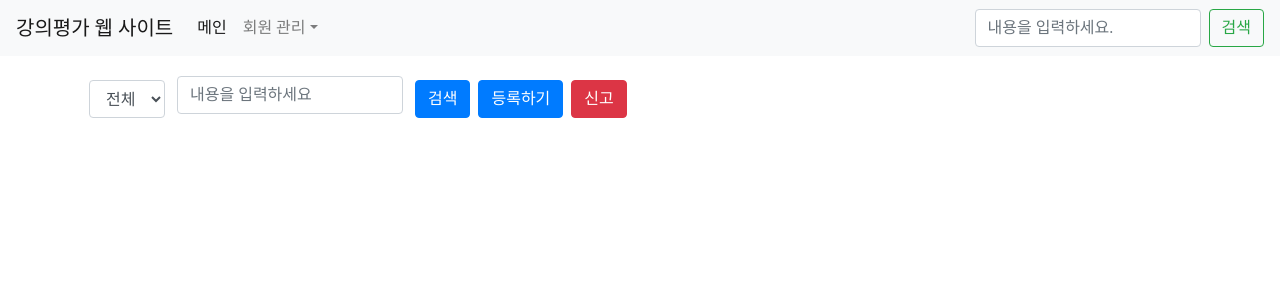
Repository: codelifee/Lecture-Evaluation-Project---java
Page: http://localhost/Lecture_Evaluation/userJoin.jsp
An editor plug-in stored every save of this project. The page is shown before and after the next save, followed by the edit.
The browser window is 1280 px wide. The pictures show the whole page.
Some web fonts or font styles are not loaded; a fallback is used. The page is served by Tomcat 9.

Above is the page before, as saved 2020-08-23 02:12:50.

After the next save:
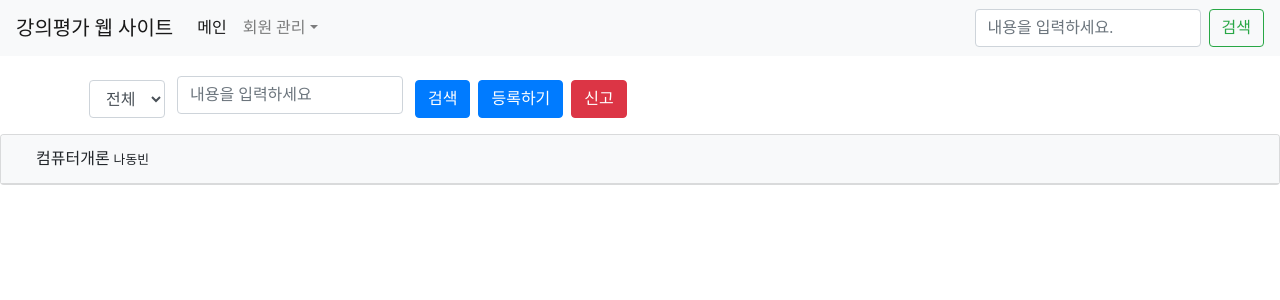
Saved 15 min 5 s later.
--- a/Lecture Evaluation/WebContent/userJoin.jsp
+++ b/Lecture Evaluation/WebContent/userJoin.jsp
@@ -51,6 +51,13 @@
 	  <a class="btn btn-primary mx-1 mt-2 btn-danger" data-toggle="modal" href="#reportModal">신고</a>
 	 </form>
 	</section>
+	<div class="card bg-light mt-3">
+		<div class="card-header bg-light">
+			<div class="row"></div>
+			<div class="col-8 text-left">컴퓨터개론&nbsp;<small>나동빈</small></div>
+		</div>
+	</div>
+
 	<div class="modal fade" id="registerModal" tabindex="-1" role="dialog" aria-labelledby="modal">
 	 	<div class="modal-dialog">
 	 		<div class="modal-content">
